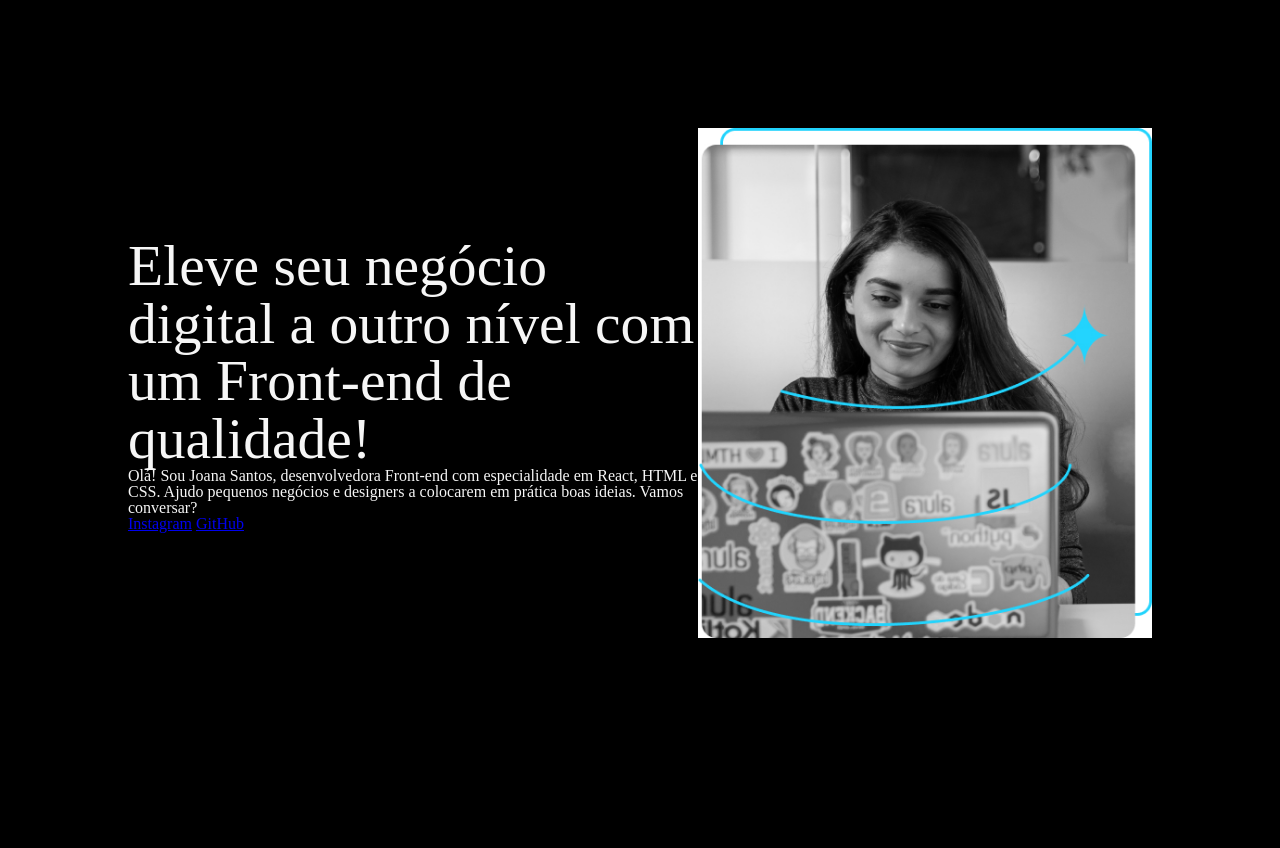
Repository: joaoPraiaJunior/html-basico
Page: index.html
These files come from the project's save history. The page is drawn as it stood at one moment and after the next save; the edit follows.
The browser window is 1280 px wide. The pictures show the whole page.

Above is the page before, as saved 2024-06-01 18:16:05.

After the next save:
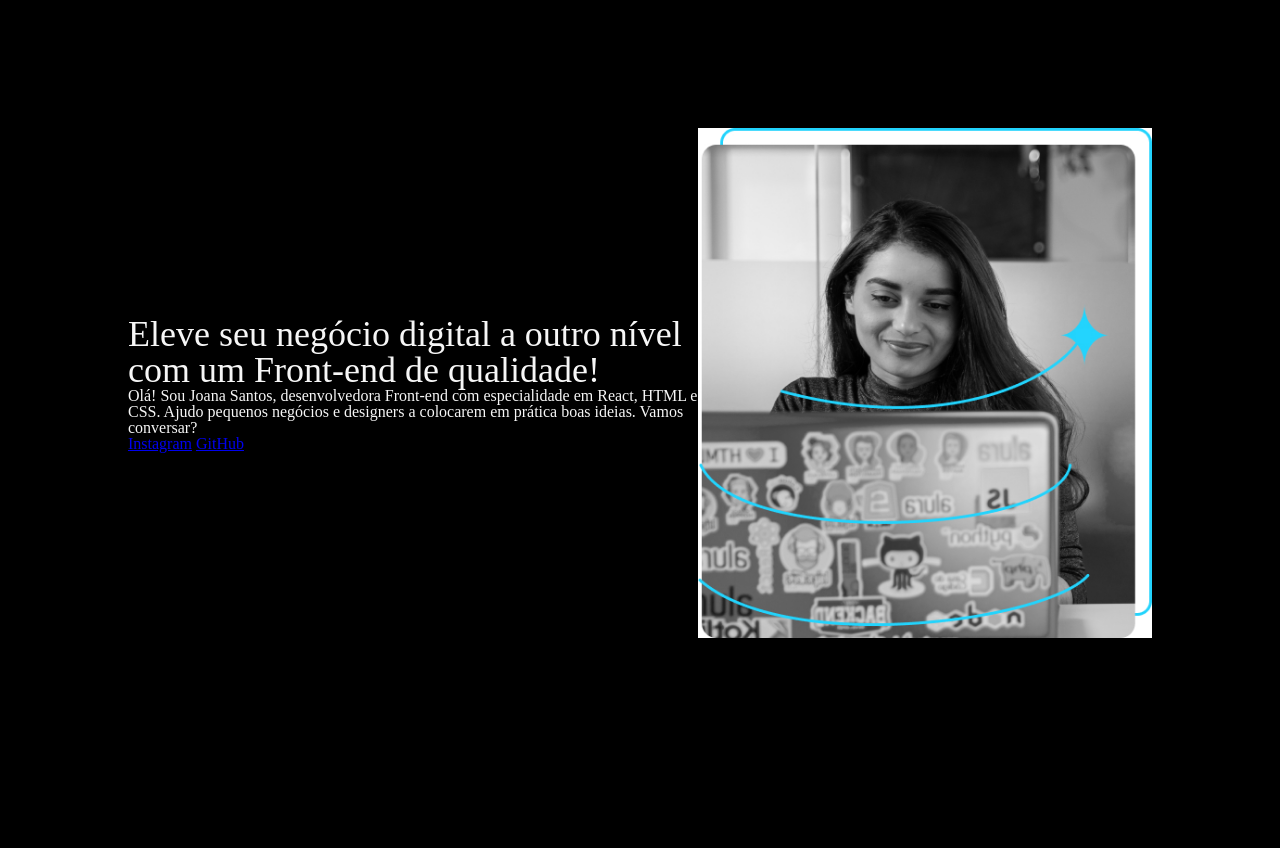
Saved 11 s later.
--- a/css/style.css
+++ b/css/style.css
@@ -20,7 +20,7 @@
 }
 
 .apresentacao__titulo {
-  font-size: 3.6rem;
+  font-size: 36px;
 }
 
 img {
